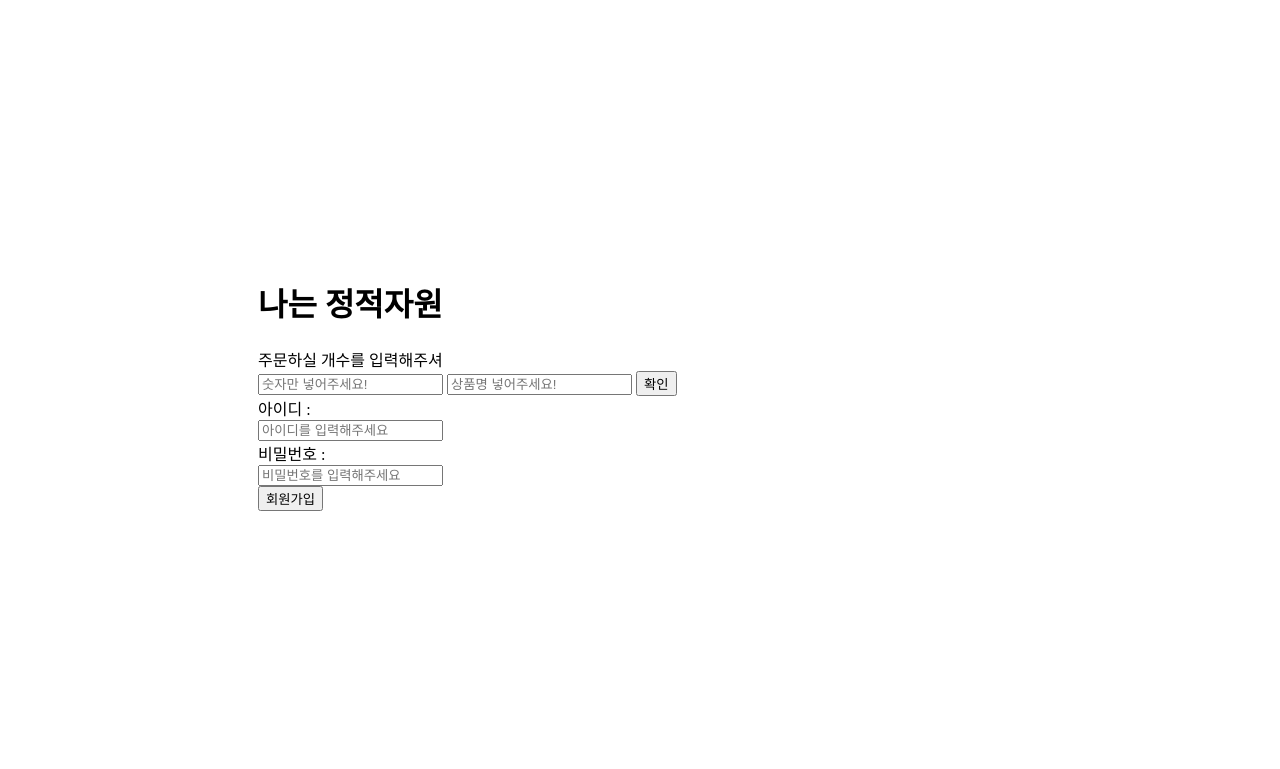
Repository: parkjin-sol/web-workplace
Page: BurgerKingProject/src/main/webapp/static/Requset_Page.html
These files come from the project's save history. The page is drawn as it stood at one moment and after the next save; the edit follows.
The browser window is 1280 px wide. The pictures show the whole page.

Above is the page before, as saved 2025-03-10 03:13:07.

After the next save:
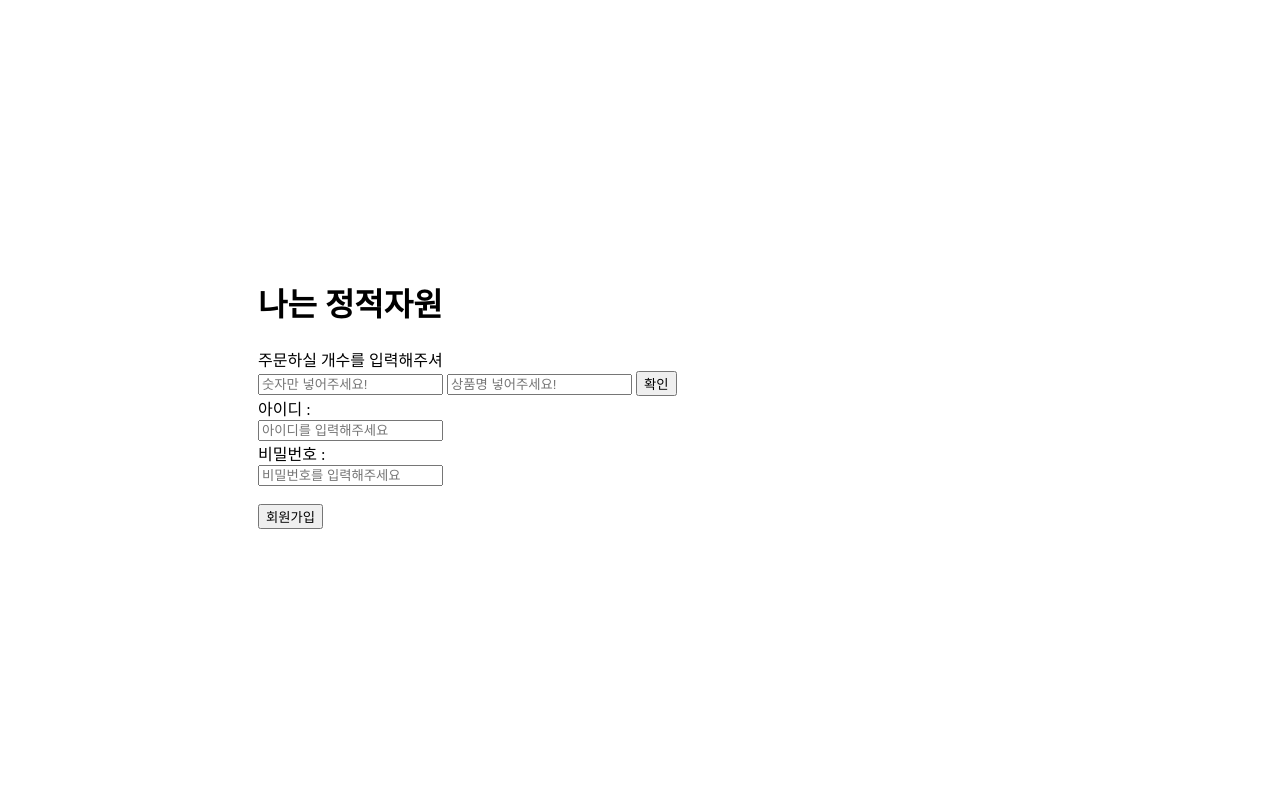
Saved 16 s later.
--- a/BurgerKingProject/src/main/webapp/static/Requset_Page.html
+++ b/BurgerKingProject/src/main/webapp/static/Requset_Page.html
@@ -51,7 +51,7 @@
 		아이디 : <br>
 		<input type="text" placeholder="아이디를 입력해주세요"> <br>
 		비밀번호 : <br>
-		<input type="password" placeholder="비밀번호를 입력해주세요"> <br>
+		<input type="password" placeholder="비밀번호를 입력해주세요"> <br><br>
 
 		<button type="submit">회원가입</button>
 	</form>
